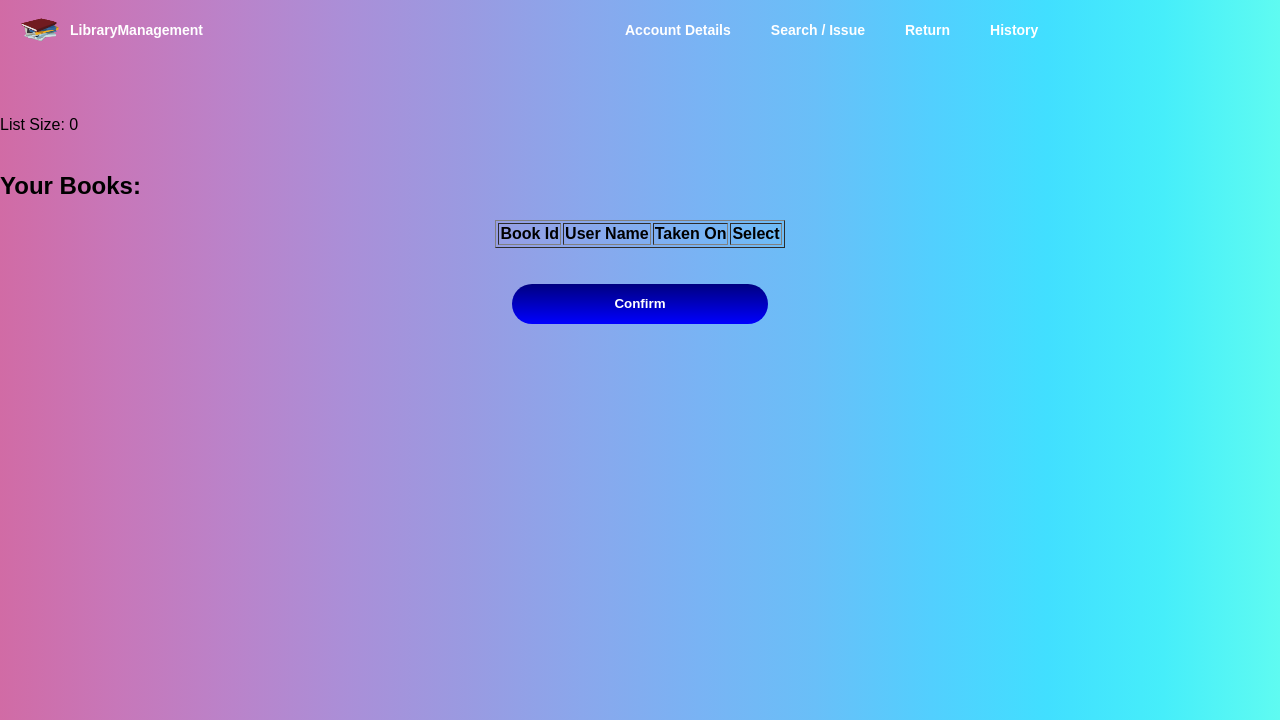
Repository: amitSai12/CMS
Page: http://localhost/LibraryManagementDemo/TranBook.jsp
The author's editor kept a copy of each file at every save. The page is drawn from the files as they stood at one save, then again after the next save.
The browser window is 1280 px wide. The pictures show the whole page.
The page is served by Tomcat 9. Queries for data that is not in the repository find no rows.

Above is the page before, as saved 2023-10-01 20:31:50.

After the next save:
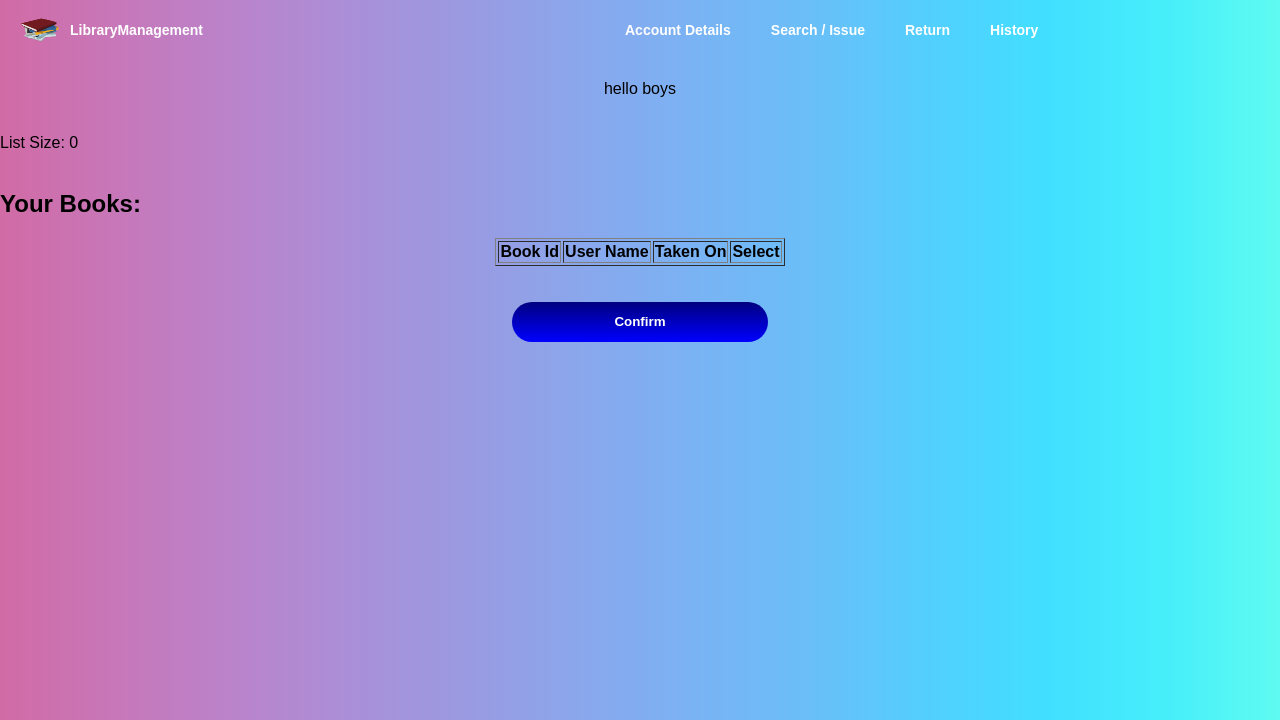
Saved 33 s later.
--- a/Day1_Thu/LibraryManagementDemo/src/main/webapp/Menu.jsp
+++ b/Day1_Thu/LibraryManagementDemo/src/main/webapp/Menu.jsp
@@ -29,6 +29,11 @@
 	</div>
 	</div>
 
+<div class="menu2">
+<center>
+			hello boys
+			</center>
+		</div>
 
 
 
